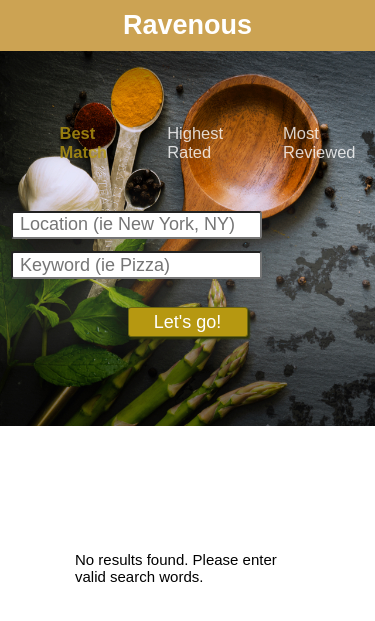
Repository: LolaSL/Ravenous
Page: /
An editor plug-in stored every save of this project. The page is shown before and after the next save, followed by the edit.
The browser window is 375 px wide. The pictures show the whole page.
The page's requests for data from a server got no answer. The project was rebuilt for these pictures with package versions that can differ from the ones it lists, and the page was loaded fresh each time. No one was signed in, and anything a server would have sent is missing. Also part of the build but not shown: src/Business/Business.js.

Above is the page before, as saved 2024-03-24 12:24:42.

### src/App.js
import './App.css';
import React, { useState, useEffect } from 'react';
import BusinessList from './BusinessList/BusinessList';
import SearchBar from './SearchBar/SearchBar';
import getSuggestions from './utils/yelp';

function App() {
  const [businesses, setBusinesses ] = useState([]);

  const searchYelp = async (keyword, location, sort) => {
    const suggestions = await getSuggestions(keyword, location, sort);
    setBusinesses(suggestions);
  };

  useEffect(() => {
    searchYelp("food", "US", "best_match");
  }, []);

  return (
    <div className="App">
      <header>
        <h1>Ravenous</h1>
      </header>
      <main>
        <SearchBar searchYelp={searchYelp}/>
        <BusinessList businesses={businesses}/>
      </main>
      <footer>

      </footer>
    </div>
  );
};

export default App;

### src/App.css
/* Universal Styles */

html {
  font-size: 18px;
}

html,
body {
  margin: 0;
}

@media only screen and (max-width: 560px) {
  html {
    font-size: 15px;
  }
}

input:focus {
  outline: none;
}

/* App Styles */

.App {
  font-family: "Work Sans", sans-serif;
}

.App h1 {
  padding: 0.66rem 0;
  text-align: center;
  background-color: #cca353;
  font-family: Poppins, sans-serif;
  font-size: 1.8rem;
  color: #fff;
  margin: 0;
}

### src/BusinessList/BusinessList.js
import React from 'react';
import './BusinessList.css';
import Business from '../Business/Business';

function BusinessList(prop) {
  if(!prop.businesses) {
    return (
      <div id="business-list">
        <p>No results found. Please enter valid search words.</p>
      </div>
    )
  }
  return (
    <div id="business-list">
      {prop.businesses?.map(business => {
        return <Business info={business} key={business.id}/>;
      })}
    </div>
  );
};

export default BusinessList;

### src/SearchBar/SearchBar.js
import React, { useState } from 'react';
import './SearchBar.css';

function SearchBar({ searchYelp }) {
    const [location, setLocation] = useState("US");
    const [keyword, setKeyword] = useState("restaurant");
    const [sort, setSort] = useState("best_match");

    const sortChoices = [
        { id: "best_match", choice: "Best Match" },
        { id: "rating", choice: "Highest Rated" },
        { id: "review_count", choice: "Most Reviewed" }
    ];

    const handleSortChange = (choice) => {
        setSort(choice);
    }

    const handleLocationChange = (event) => {
        let choice = event.target.value;
        if (!choice) {
            choice = "US";
        };
        setLocation(choice);
    };

    const handleKeywordChange = (event) => {
        let choice = event.target.value;
        if (!choice) {
            choice = "food";
        };
        setKeyword(choice);
    };

    const handleSubmit = (event) => {
        event.preventDefault();
        searchYelp(keyword, location, sort);
    };

    return (
        <div id="search-bar">
            <ul id="sort-options">
                {sortChoices.map((choice) => (
                    <li key={choice.id} value={choice.id} onClick={() => handleSortChange(choice.id)} className={sort === choice.id ? "active" : ""}>{choice.choice}</li>
                ))}
            </ul>
            <div id="user-input">
                <input className="search-input" id="location" onChange={handleLocationChange} placeholder="Location (ie New York, NY)" />
                <input className="search-input" id="keyword" onChange={handleKeywordChange} placeholder="Keyword (ie Pizza)" />
                <button id="submit" type="submit" onClick={handleSubmit}>Let's go!</button>
            </div>
        </div>
    );
};

export default SearchBar;

### src/utils/yelp.js
const apiKey = process.env.REACT_APP_API_KEY;
const cors = "https://cors-anywhere.herokuapp.com/";
const baseUrl = "https://api.yelp.com/v3";
const searchEndpoint = "/businesses/search";

const getSuggestions = async (keyword, location, sort) => {
  const endpoint = `${cors}${baseUrl}${searchEndpoint}?term=${keyword}&location=${location}&sort_by=${sort}`;

  try {
    const response = await fetch(endpoint,
      {
        headers: {
          Authorization: `Bearer ${apiKey}`
        }
      }
    );
    if (response.ok) {
      const jsonResponse = await response.json();
      const results = jsonResponse.businesses.map((business) => ({
        id: business.id,
        img: business.image_url,
        name: business.name,
        address: `${business.location.display_address[0]}, ${business.location.display_address[1]}`,
        category: business.categories[0].title,
        rating: business.rating,
        reviews: business.review_count
      }));
      return results;
    }
  }
  catch (error) {
    console.log(error);
  };
};
export default getSuggestions;

### src/BusinessList/BusinessList.css
/* BusinessList.css */
#business-list {
  display: flex;
  box-sizing: border-box;
  width: 100%;
  min-height: 15rem;
  margin: 2rem auto;
  padding: 1rem 5rem;
  align-items: center;
  flex-wrap: wrap;
  justify-content: center;
  background-color: white;
}

### src/SearchBar/SearchBar.css
#search-bar {
  display: flex;
  flex-direction: column;
  justify-content: center;
  background-image: url("./background_search_desktop.jpg");
  background-size: cover;
  background-repeat: no-repeat;
  height: 25rem;
}

#sort-options {
  display: flex;
  justify-content: center;
  margin-bottom: 2.22rem;
  color: white;
}

#sort-options li {
  display: inline;
  margin: 0 2rem;
  color: white;
  font-size: 1.1rem;
  opacity: 80%;
  justify-content: center;
}

#sort-options li:hover {
  cursor: pointer;
  color: rgb(182, 152, 17);
}

.active {
  color: rgb(182, 152, 17) !important;
  font-weight: bold;
}

hr {
  margin: 1.5rem auto;
  width: 30%;
  opacity: 50%;
}

#user-input {
  margin: 1rem auto;
}

.search-input {
  margin: 0 0.7rem;
  font-size: 1.2rem;
  height: 1.2rem;
  padding: 0.2rem 0.5rem;
  border-radius: 3px;
}

#submit {
  display: block;
  width: 8rem;
  height: 2rem;
  margin: 1rem auto;
  color: white;
  background-color: rgb(182, 152, 17);
  border: 1px solid rgb(107, 101, 17);
  border-radius: 3px;
  font-size: 1.2rem;
  box-shadow: 2px 2px 2px rgb(47, 53, 10);
}

#submit:hover {
  cursor: pointer;
  background-color: rgb(81, 67, 2);
}

@media only screen and (max-width: 560px) {
  #search-bar {
    background-image: url("./background_search_mobile.jpg");
  }

  #sort-options li {
    display: block;
  }


  .search-input {
    margin-right: 0 auto;
    margin-bottom: 0.86rem;
  }

}

### src/Business/Business.css
/* Business.css */
.restaurant-card {
  display: flex;
  flex-direction: column;
  justify-content: space-between;
  width: 16.66rem;
  margin: 0 0.5rem 2.3rem 0.5rem;
}

img {
  height: 16.66rem;
  margin-bottom: 1rem;
  display: flex;
  flex-direction: column;
  justify-content: center;
  overflow: hidden;
  background: #000;
  border-radius: 5px;
}
.image img {
  width: 100%;
}
.name {
  font-size: 1.2rem;
  font-weight: bold;
}

.category,
.rating {
  color: rgb(152, 97, 3);
  font-weight: bold;
}

.info {
  padding-bottom: 10px;
}

p {
  margin: 0;
}

Loaded but not shown: public/index.html (common file); src/index.js (common file); src/index.css (common file); src/reportWebVitals.js (common file)

After the next save:
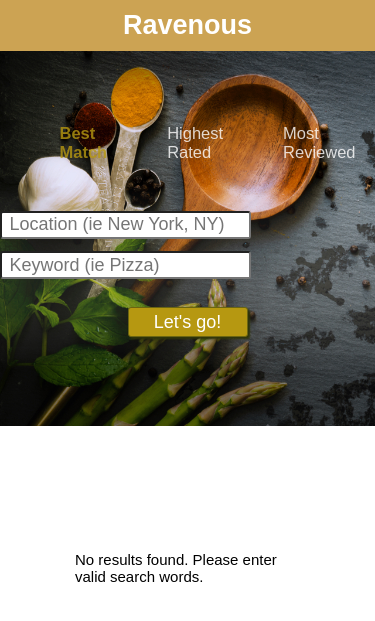
Saved 14 s later.
--- a/src/SearchBar/SearchBar.css
+++ b/src/SearchBar/SearchBar.css
@@ -81,7 +81,7 @@
 
 
   .search-input {
-    margin-right: 0 auto;
+    margin: 0 auto;
     margin-bottom: 0.86rem;
   }
 

After the save that followed:
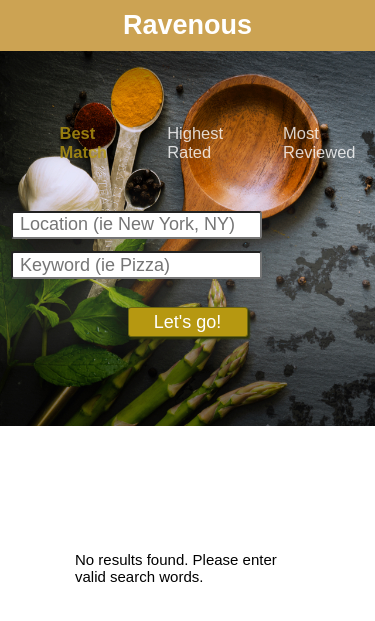
Saved 12 s later.
--- a/src/SearchBar/SearchBar.css
+++ b/src/SearchBar/SearchBar.css
@@ -81,7 +81,7 @@
 
 
   .search-input {
-    margin: 0 auto;
+    margin: 20 auto;
     margin-bottom: 0.86rem;
   }
 
